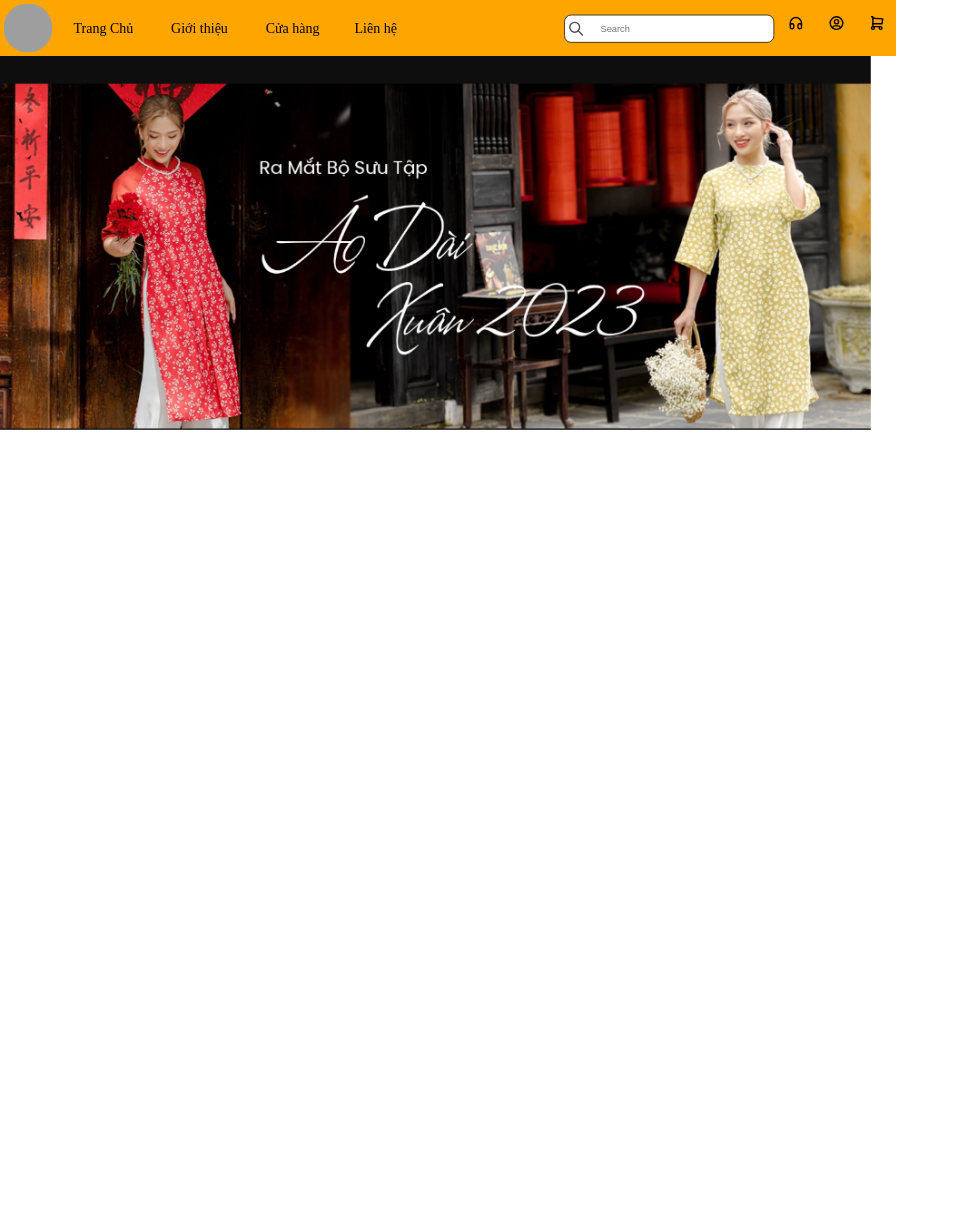
Repository: manhhieu120499/test-page
Page: index.html
The author's editor kept a copy of each file at every save. The page is drawn from the files as they stood at one save, then again after a run of saves.
The browser window is 1280 px wide. The page is 1280 px wide, then 1396 px, so the pictures cover 1396 px, including what lies to the right of the window. The pictures show the part of the page from y = 0 to 1760 px (the page is 2596 px tall), at 70% of full size.
Pictures or frames that could not be fetched are drawn as grey boxes.

Above is the page before, as saved 2023-01-11 23:37:37.

### index.html
<!DOCTYPE html>
<html lang="en">

<head>
    <meta charset="UTF-8">
    <meta http-equiv="X-UA-Compatible" content="IE=edge">
    <meta name="viewport" content="width=device-width, initial-scale=1.0">
    <title>Document</title>
    <link rel="stylesheet" href="./style.css">
</head>

<body>
    <div id="header">
        <div class="left-sidebar">
            <img src="https://t3.ftcdn.net/jpg/03/02/36/70/360_F_302367092_vmqO9rSPmluZJFuOFFNzjGwimbChoIAZ.jpg"
                alt="logo-shop">
            <ul class="sub-menu">
                <li><a href="#">Trang Chủ</a></li>
                <li><a href="#">Giới thiệu</a></li>
                <li><a href="#">Cửa hàng</a< /li>
                <li><a href="#">Liên hệ</a></li>
            </ul>

        </div>

        <div class="right-sidebar">
            <input type="text" placeholder="           Search" />
            <a href="#" class="search">
                <svg xmlns="http://www.w3.org/2000/svg" class="icon icon-tabler icon-tabler-search" width="24" height="24" viewBox="0 0 24 24" stroke-width="2" stroke="currentColor" fill="none" stroke-linecap="round" stroke-linejoin="round">
                    <path stroke="none" d="M0 0h24v24H0z" fill="none"></path>
                    <circle cx="10" cy="10" r="7"></circle>
                    <line x1="21" y1="21" x2="15" y2="15"></line>
                 </svg>
            </a>
            <a href="#" class="telesale">
                <svg xmlns="http://www.w3.org/2000/svg" class="icon icon-tabler icon-tabler-headphones" width="24"
                    height="24" viewBox="0 0 24 24" stroke-width="2" stroke="currentColor" fill="none"
                    stroke-linecap="round" stroke-linejoin="round">
                    <path stroke="none" d="M0 0h24v24H0z" fill="none"></path>
                    <rect x="4" y="13" rx="2" width="5" height="7"></rect>
                    <rect x="15" y="13" rx="2" width="5" height="7"></rect>
                    <path d="M4 15v-3a8 8 0 0 1 16 0v3"></path>
                </svg>
            </a>
            <a href="#" class="person">
                <svg xmlns="http://www.w3.org/2000/svg" class="icon icon-tabler icon-tabler-user-circle" width="24"
                    height="24" viewBox="0 0 24 24" stroke-width="2" stroke="currentColor" fill="none"
                    stroke-linecap="round" stroke-linejoin="round">
                    <path stroke="none" d="M0 0h24v24H0z" fill="none"></path>
                    <circle cx="12" cy="12" r="9"></circle>
                    <circle cx="12" cy="10" r="3"></circle>
                    <path d="M6.168 18.849a4 4 0 0 1 3.832 -2.849h4a4 4 0 0 1 3.834 2.855"></path>
                </svg>
            </a>
            <a href="#" class="shopping-cart">
                <svg xmlns="http://www.w3.org/2000/svg" class="icon icon-tabler icon-tabler-shopping-cart" width="24"
                    height="24" viewBox="0 0 24 24" stroke-width="2" stroke="currentColor" fill="none"
                    stroke-linecap="round" stroke-linejoin="round">
                    <path stroke="none" d="M0 0h24v24H0z" fill="none"></path>
                    <circle cx="6" cy="19" r="2"></circle>
                    <circle cx="17" cy="19" r="2"></circle>
                    <path d="M17 17h-11v-14h-2"></path>
                    <path d="M6 5l14 1l-1 7h-13"></path>
                </svg>
            </a>
        </div>
    </div>

    <div class="body">
        <div class="shop-picture">
            <img src="./logo-tet.png" alt="picture">
        </div>
    </div>

    <div id="footer">

    </div>
</body>

</html>

### style.css
* {
    margin: 0;
    padding: 0;
    box-sizing: border-box;
}

#header {
    width: 100vw;
    height: 80px;
    background-color: orange;
    display: flex;
    justify-content: space-between;
}

.left-sidebar {
    display: flex;
}

.left-sidebar img {
    width: 70px;
    height: 70px;
    border-radius: 50%;
    margin: 5px;
}

.sub-menu li {
   list-style: none;
   display: inline-block;
   line-height: 80px;
   padding: 0px 25px;
}

.sub-menu li a {
    text-decoration: none;
    color: black;
    font-size: 20px;
}

.right-sidebar a {
    display: inline-block;
    line-height: 80px;
    padding: 0 15px;
    color: black;
}

input {
    padding: 10px 10px;
    width: 300px;
    height: 40px;
    border: 1px solid black;
    border-radius: 10px;
    position: relative;
}

.search {
    position: absolute;
    right: 430px;
    top: 8px;
    opacity: 0.7;
}

body {
    height: 2596px;
}

.shop-picture img {
    display: block;
    width: 1;
    height: 534px;
}

After the next 2 saves:
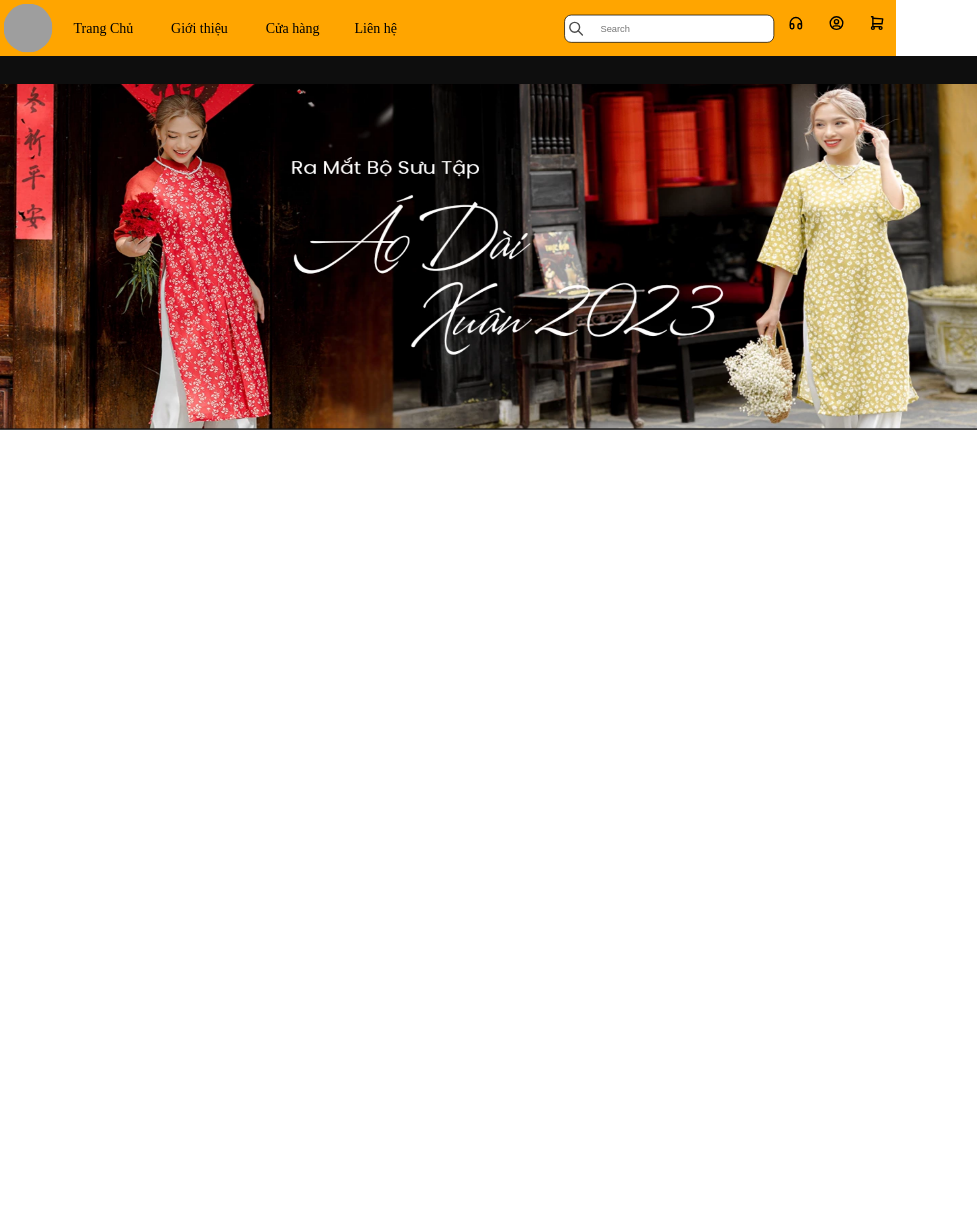
The 2 saves are shown as one change because they came seconds apart.
The last was saved 9 s later.
--- a/style.css
+++ b/style.css
@@ -65,6 +65,6 @@ body {
 
 .shop-picture img {
     display: block;
-    width: 1;
+    width: 1396px;
     height: 534px;
 }
